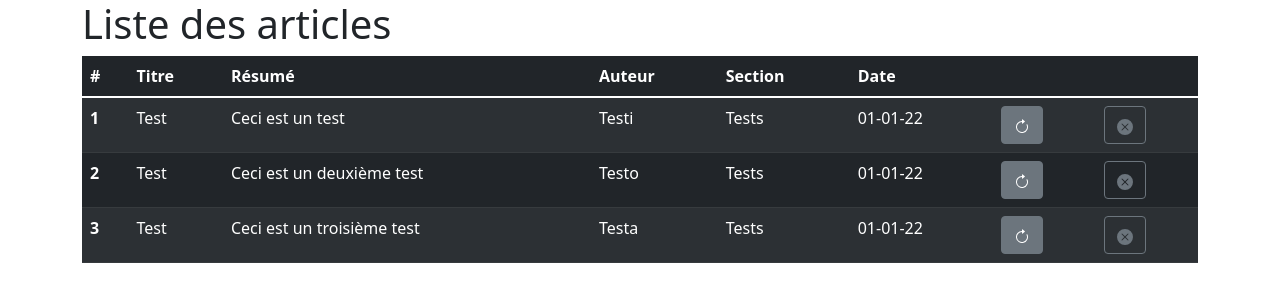
Repository: QuentinFayt/NewsWeb
Page: sources/adminNewsWeb/articlesList.html
These files come from the project's save history. The page is drawn as it stood at one moment and after the next save; the edit follows.
The browser window is 1280 px wide. The pictures show the whole page.

Above is the page before, as saved 2021-12-23 12:07:15.

After the next save:
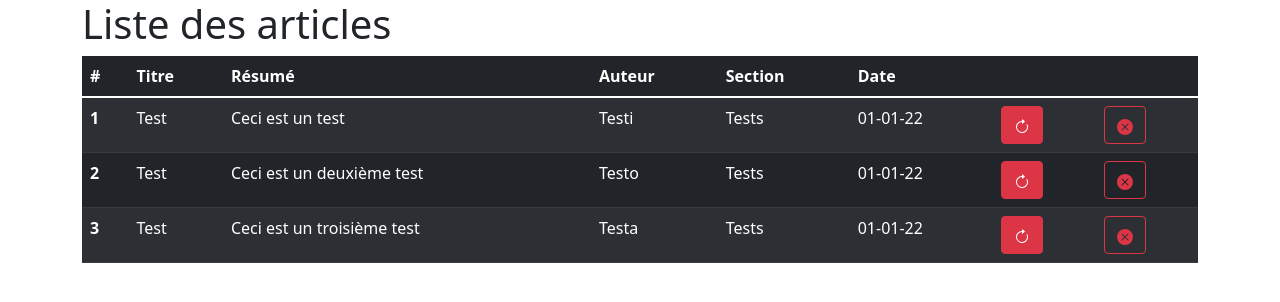
Saved 20 s later.
--- a/sources/adminNewsWeb/articlesList.html
+++ b/sources/adminNewsWeb/articlesList.html
@@ -32,13 +32,13 @@
                     <td>Testi</td>
                     <td>Tests</td>
                     <td>01-01-22</td>
-                    <td><button type="button" class="btn btn-secondary">
+                    <td><button type="button" class="btn btn-danger">
                             <svg xmlns="http://www.w3.org/2000/svg" width="16" height="16" fill="currentColor" class="bi bi-arrow-clockwise" viewBox="0 0 16 16">
                                 <path fill-rule="evenodd" d="M8 3a5 5 0 1 0 4.546 2.914.5.5 0 0 1 .908-.417A6 6 0 1 1 8 2v1z"></path>
                                 <path d="M8 4.466V.534a.25.25 0 0 1 .41-.192l2.36 1.966c.12.1.12.284 0 .384L8.41 4.658A.25.25 0 0 1 8 4.466z"></path>
                             </svg>
                         </button></td>
-                    <td><button type="button" class="btn btn-outline-secondary">
+                    <td><button type="button" class="btn btn-outline-danger">
                             <svg xmlns="http://www.w3.org/2000/svg" width="16" height="16" fill="currentColor" class="bi bi-x-circle-fill" viewBox="0 0 16 16">
                                 <path d="M16 8A8 8 0 1 1 0 8a8 8 0 0 1 16 0zM5.354 4.646a.5.5 0 1 0-.708.708L7.293 8l-2.647 2.646a.5.5 0 0 0 .708.708L8 8.707l2.646 2.647a.5.5 0 0 0 .708-.708L8.707 8l2.647-2.646a.5.5 0 0 0-.708-.708L8 7.293 5.354 4.646z"></path>
                             </svg>
@@ -52,13 +52,13 @@
                     <td>Testo</td>
                     <td>Tests</td>
                     <td>01-01-22</td>
-                    <td><button type="button" class="btn btn-secondary">
+                    <td><button type="button" class="btn btn-danger">
                             <svg xmlns="http://www.w3.org/2000/svg" width="16" height="16" fill="currentColor" class="bi bi-arrow-clockwise" viewBox="0 0 16 16">
                                 <path fill-rule="evenodd" d="M8 3a5 5 0 1 0 4.546 2.914.5.5 0 0 1 .908-.417A6 6 0 1 1 8 2v1z"></path>
                                 <path d="M8 4.466V.534a.25.25 0 0 1 .41-.192l2.36 1.966c.12.1.12.284 0 .384L8.41 4.658A.25.25 0 0 1 8 4.466z"></path>
                             </svg>
                         </button></td>
-                    <td><button type="button" class="btn btn-outline-secondary">
+                    <td><button type="button" class="btn btn-outline-danger">
                             <svg xmlns="http://www.w3.org/2000/svg" width="16" height="16" fill="currentColor" class="bi bi-x-circle-fill" viewBox="0 0 16 16">
                                 <path d="M16 8A8 8 0 1 1 0 8a8 8 0 0 1 16 0zM5.354 4.646a.5.5 0 1 0-.708.708L7.293 8l-2.647 2.646a.5.5 0 0 0 .708.708L8 8.707l2.646 2.647a.5.5 0 0 0 .708-.708L8.707 8l2.647-2.646a.5.5 0 0 0-.708-.708L8 7.293 5.354 4.646z"></path>
                             </svg>
@@ -72,13 +72,13 @@
                     <td>Testa</td>
                     <td>Tests</td>
                     <td>01-01-22</td>
-                    <td><button type="button" class="btn btn-secondary">
+                    <td><button type="button" class="btn btn-danger">
                             <svg xmlns="http://www.w3.org/2000/svg" width="16" height="16" fill="currentColor" class="bi bi-arrow-clockwise" viewBox="0 0 16 16">
                                 <path fill-rule="evenodd" d="M8 3a5 5 0 1 0 4.546 2.914.5.5 0 0 1 .908-.417A6 6 0 1 1 8 2v1z"></path>
                                 <path d="M8 4.466V.534a.25.25 0 0 1 .41-.192l2.36 1.966c.12.1.12.284 0 .384L8.41 4.658A.25.25 0 0 1 8 4.466z"></path>
                             </svg>
                         </button></td>
-                    <td><button type="button" class="btn btn-outline-secondary">
+                    <td><button type="button" class="btn btn-outline-danger">
                             <svg xmlns="http://www.w3.org/2000/svg" width="16" height="16" fill="currentColor" class="bi bi-x-circle-fill" viewBox="0 0 16 16">
                                 <path d="M16 8A8 8 0 1 1 0 8a8 8 0 0 1 16 0zM5.354 4.646a.5.5 0 1 0-.708.708L7.293 8l-2.647 2.646a.5.5 0 0 0 .708.708L8 8.707l2.646 2.647a.5.5 0 0 0 .708-.708L8.707 8l2.647-2.646a.5.5 0 0 0-.708-.708L8 7.293 5.354 4.646z"></path>
                             </svg>
